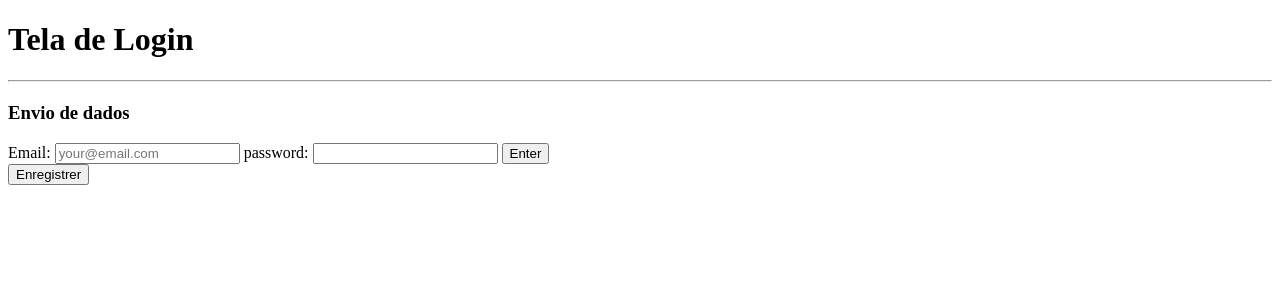
Repository: MarcioFreitasUFSC21/FrontEnd-part-1
Page: index.html
The author's editor kept a copy of each file at every save. The page is drawn from the files as they stood at one save, then again after a run of saves.
The browser window is 1280 px wide. The pictures show the whole page.

Above is the page before, as saved 2023-04-22 19:34:48.

After the next 2 saves:
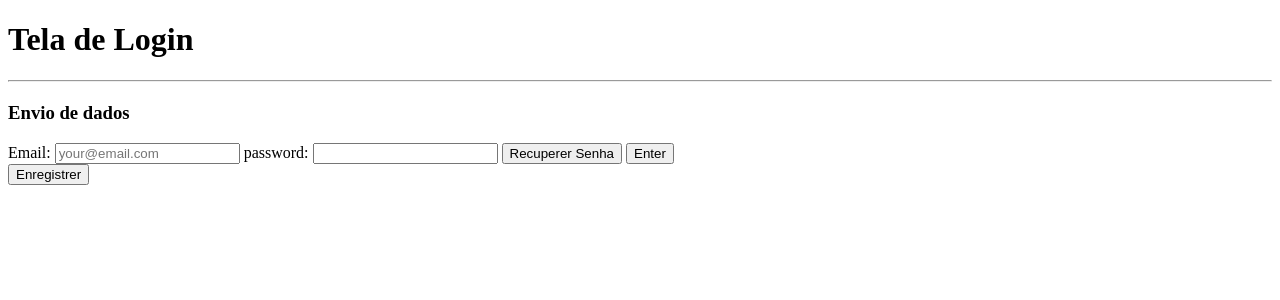
The 2 saves are shown as one change because they came seconds apart.
The last was saved 5 s later.
--- a/index.html
+++ b/index.html
@@ -15,6 +15,7 @@
                 <h3> Envio de dados</h3>
                 <label type = "email"> Email: </label> <input type = "email" placeholder="your@email.com" ></input>
                 <label type = "password"> password: </label> <input type = "password"> </input>
+                <button type = "button">Recuperer Senha</button>
                 <button type = "button" action = "save" onclick="alert('exemple')"> Enter</button><br>
                 <button type = "button">Enregistrer</button>
 

After the save that followed:
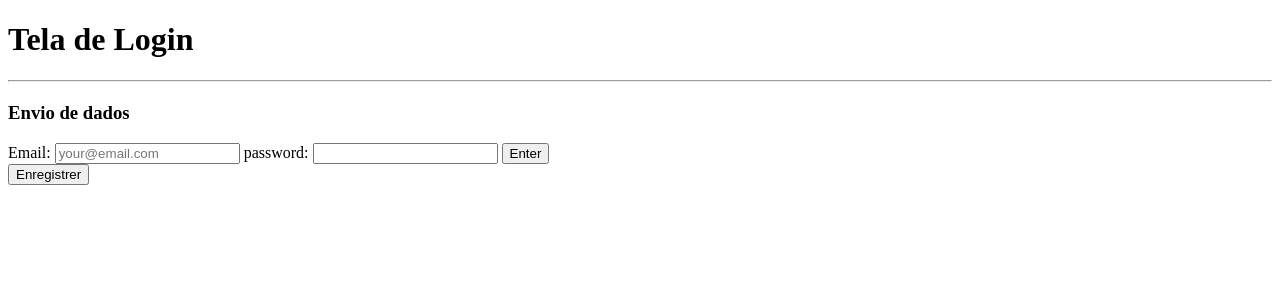
Saved 10 s later.
--- a/index.html
+++ b/index.html
@@ -15,7 +15,7 @@
                 <h3> Envio de dados</h3>
                 <label type = "email"> Email: </label> <input type = "email" placeholder="your@email.com" ></input>
                 <label type = "password"> password: </label> <input type = "password"> </input>
-                <button type = "button">Recuperer Senha</button>
+
                 <button type = "button" action = "save" onclick="alert('exemple')"> Enter</button><br>
                 <button type = "button">Enregistrer</button>
 
